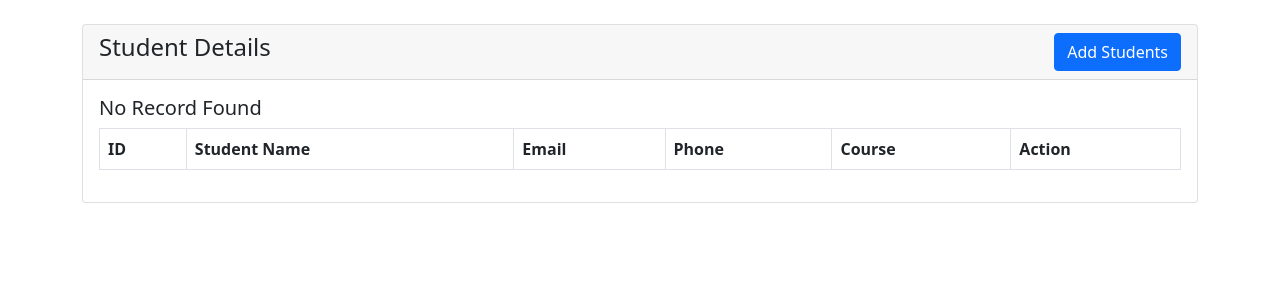
Repository: laurentbul/ApplicationEssai
Page: http://localhost/home.php
An editor plug-in stored every save of this project. The page is shown before and after the next save, followed by the edit.
The browser window is 1280 px wide. The pictures show the whole page.
The page is run by PHP 8.4 with error messages shown; the project is at /var/www/html/. Queries for data that is not in the repository find no rows.

Above is the page before, as saved 2023-04-13 06:52:03.

### crud2/home.php
<?php
    session_start();
    require 'dbcon.php';
?>
<!doctype html>
<html lang="en">
  <head>
    <!-- Required meta tags -->
    <meta charset="utf-8">
    <meta name="viewport" content="width=device-width, initial-scale=1">

    <!-- Bootstrap CSS -->
    <link href="https://cdn.jsdelivr.net/npm/bootstrap@5.1.3/dist/css/bootstrap.min.css" rel="stylesheet">

    <title>Student CRUD</title>
</head>
<body>

    <div class="container mt-4">

        <?php include('message.php'); ?>

        <div class="row">
            <div class="col-md-12">
                <div class="card">
                    <div class="card-header">
                        <h4>Student Details
                            <a href="student-create.php" class="btn btn-primary float-end">Add Students</a>
                        </h4>
                    </div>
                    <div class="card-body">

                        <table class="table table-bordered table-striped">
                            <thead>
                                <tr>
                                    <th>ID</th>
                                    <th>Student Name</th>
                                    <th>Email</th>
                                    <th>Phone</th>
                                    <th>Course</th>
                                    <th>Action</th>
                                </tr>
                            </thead>
                            <tbody>
                                <?php
                                    $query = "SELECT * FROM students";
                                    $query_run = mysqli_query($con, $query);

                                    if(mysqli_num_rows($query_run) > 0)
                                    {
                                        foreach($query_run as $student)
                                        {
                                            ?>
                                            <tr>
                                                <td><?= $student['id']; ?></td>
                                                <td><?= $student['name']; ?></td>
                                                <td><?= $student['email']; ?></td>
                                                <td><?= $student['phone']; ?></td>
                                                <td><?= $student['course']; ?></td>
                                                <td>
                                                    <a href="student-view.php?id=<?= $student['id']; ?>" class="btn btn-info btn-sm">View</a>
                                                    <a href="student-edit.php?id=<?= $student['id']; ?>" class="btn btn-success btn-sm">Edit</a>
                                                    <form action="code.php" method="POST" class="d-inline">
                                                        <button type="submit" name="delete_student" value="<?=$student['id'];?>" class="btn btn-danger btn-sm">Delete</button>
                                                    </form>
                                                </td>
                                            </tr>
                                            <?php
                                        }
                                    }
                                    else
                                    {
                                        echo "<h5> No Record Found </h5>";
                                    }
                                ?>

                            </tbody>
                        </table>

                    </div>
                </div>
            </div>
        </div>
    </div>

    <script src="https://cdn.jsdelivr.net/npm/bootstrap@5.1.3/dist/js/bootstrap.bundle.min.js"></script>

</body>
</html>

### crud2/dbcon.php
<?php

$con = mysqli_connect("localhost","root","","blog");

if(!$con){
    die('Connection Failed'. mysqli_connect_error());
}

?>

Loaded but not shown: crud2/message.php (common file)

After the next save:
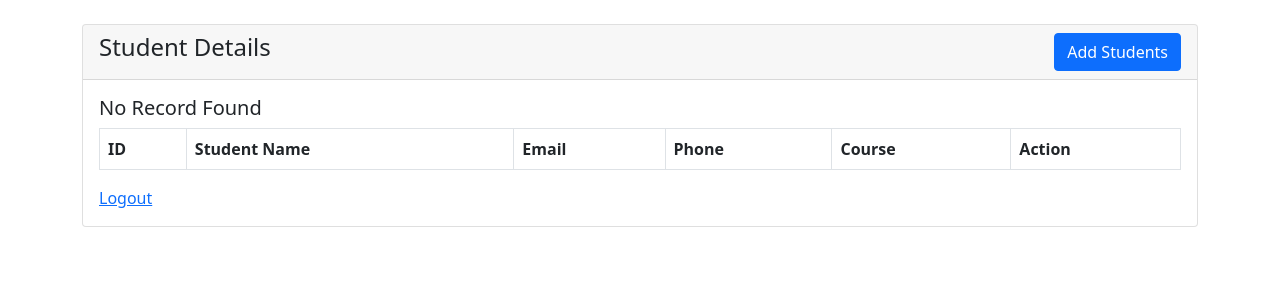
Saved 4 min 23 s later.
--- a/crud2/home.php
+++ b/crud2/home.php
@@ -76,7 +76,7 @@
 
                             </tbody>
                         </table>
-
+                        <a href="./logout.php" class="information__button">Logout</a>
                     </div>
                 </div>
             </div>
